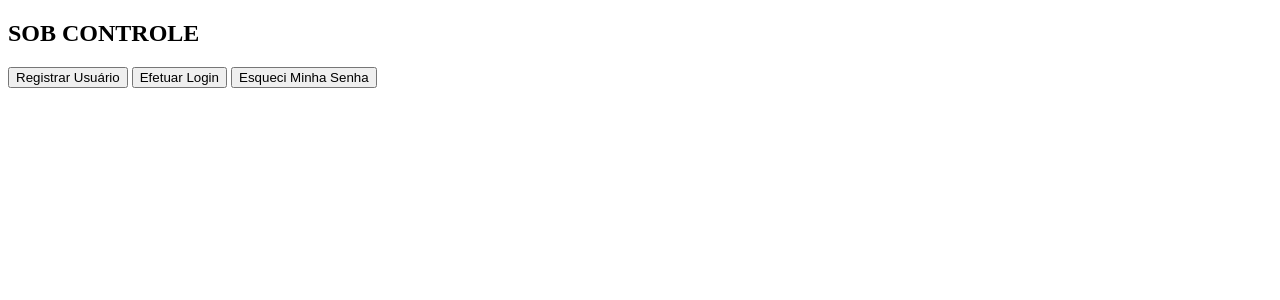
Repository: Glaydson/SobControle
Page: projeto/SobControle/WebContent/confirmacaoEmail.html
The author's editor kept a copy of each file at every save. The page is drawn from the files as they stood at one save, then again after the next save.
The browser window is 1280 px wide. The pictures show the whole page.

Above is the page before, as saved 2014-09-08 19:07:23.

### projeto/SobControle/WebContent/confirmacaoEmail.html
<!DOCTYPE html>
<html>
<head>
<meta charset="ISO-8859-1">
<title>SISTEMA SOB CONTROLE</title>
</head>
<body>
	<H2>SOB CONTROLE</H2>
	<form name="formPrincipal">
		<button type="submit" formaction="registrarUsuario">Registrar
			Usuário</button>
		<button type="submit" formaction="efetuarLogin">Efetuar Login</button>
		<button type="submit" formaction="esqueciSenha">Esqueci Minha
			Senha</button>
	</form>
</body>
</html>

After the next save:
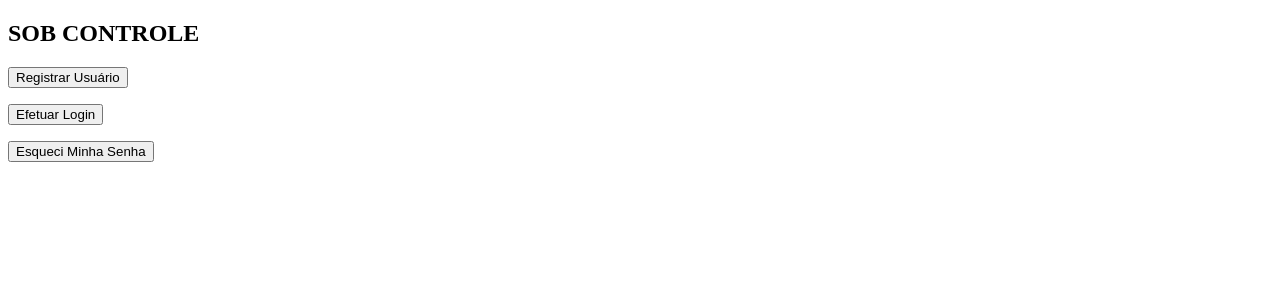
Saved 28 s later.
--- a/projeto/SobControle/WebContent/confirmacaoEmail.html
+++ b/projeto/SobControle/WebContent/confirmacaoEmail.html
@@ -8,8 +8,8 @@
 	<H2>SOB CONTROLE</H2>
 	<form name="formPrincipal">
 		<button type="submit" formaction="registrarUsuario">Registrar
-			Usuário</button>
-		<button type="submit" formaction="efetuarLogin">Efetuar Login</button>
+			Usuário</button><P>
+		<button type="submit" formaction="efetuarLogin">Efetuar Login</button><P>
 		<button type="submit" formaction="esqueciSenha">Esqueci Minha
 			Senha</button>
 	</form>
